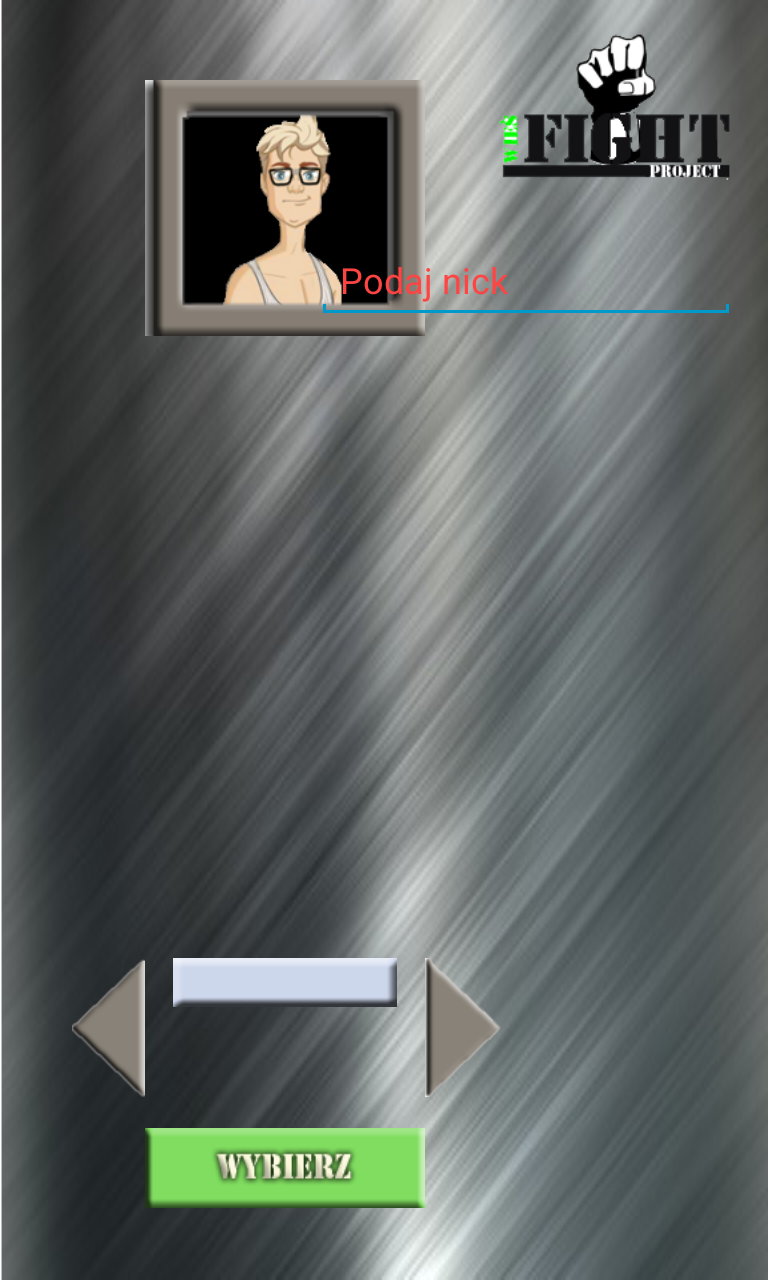
Repository: KrzysztofWolinski/WiesFight_Project
Layout: WiesFight/res/layout/activity_login.xml
These files come from the project's save history. The layout is drawn as it stood at one moment and after the next save; the edit follows.
It is drawn on a 768 x 1280 px phone screen (xhdpi) without system bars, with theme AppTheme; the app's code is not run.

Above is the layout before, as saved 2014-11-04 19:37:08.

After the next save:
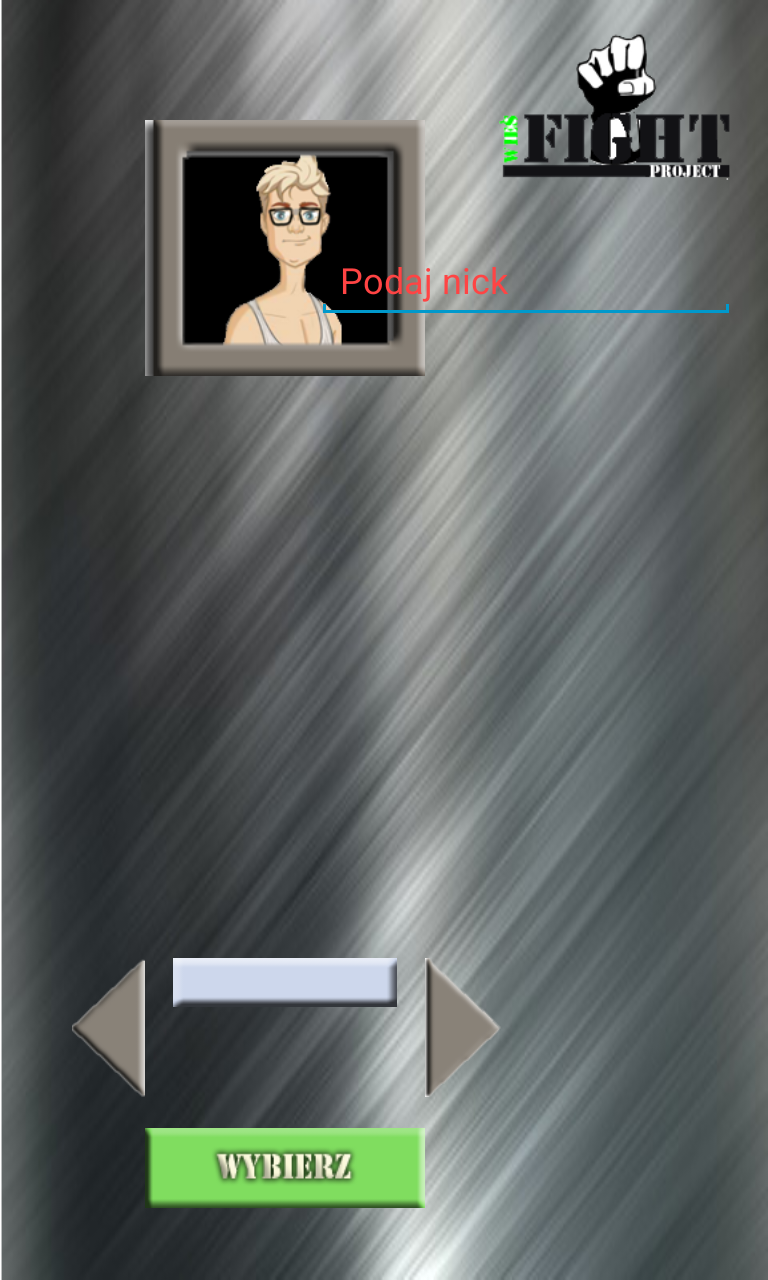
Saved 21 s later.
--- a/WiesFight/res/layout/activity_login.xml
+++ b/WiesFight/res/layout/activity_login.xml
@@ -45,7 +45,7 @@
 	    android:layout_width="wrap_content"
 	    android:layout_height="wrap_content"
 	    android:above="@+id/lblClass"
-        android:layout_marginTop="20dp"
+        android:layout_marginTop="40dp"
 	    android:layout_toRightOf="@+id/ibtnLeft"
 	    android:layout_toLeftOf="@+id/ibtnRight" >
 
